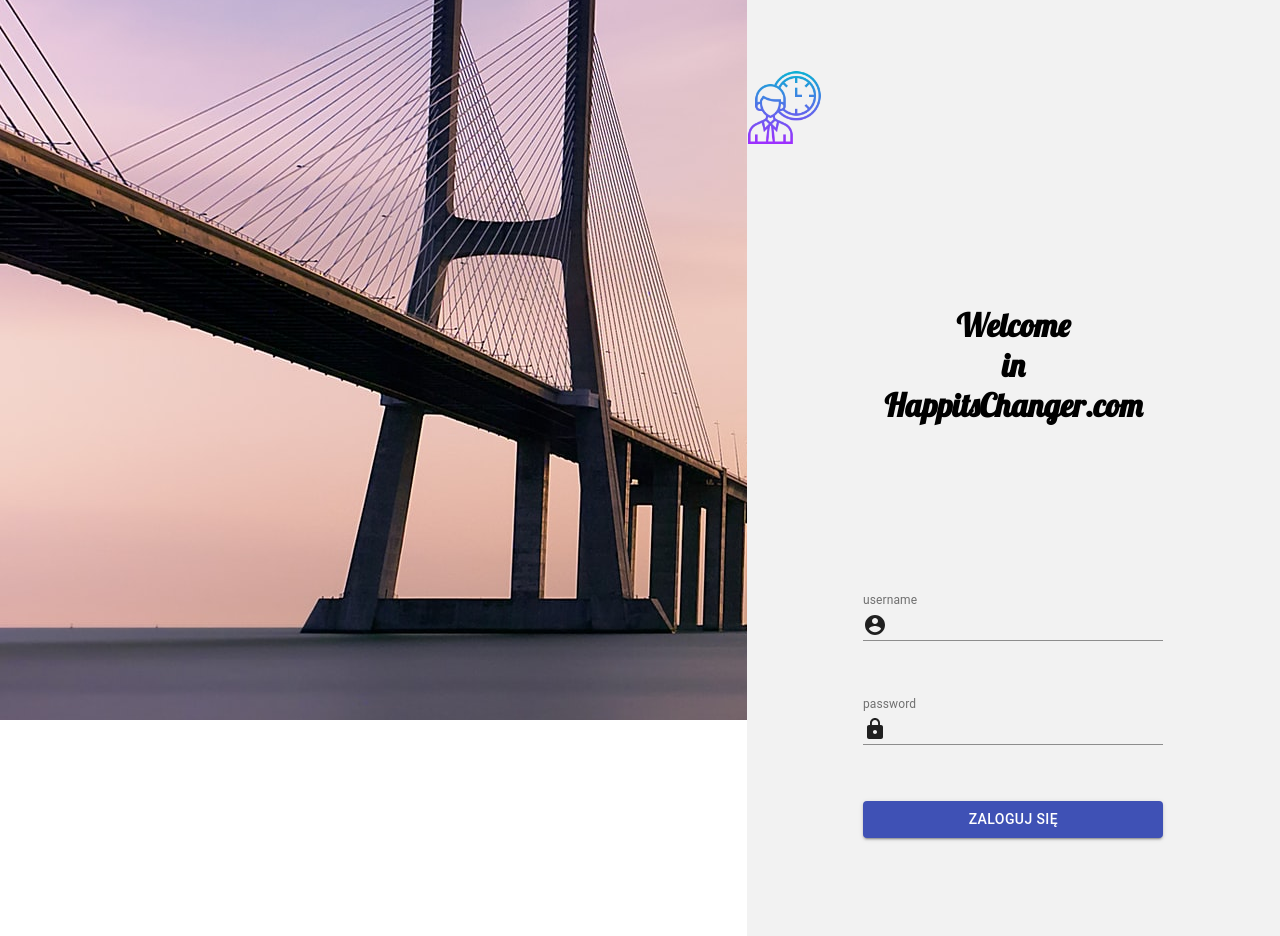
Repository: pgruca96/HappitsChanger
Page: /
These files come from the project's save history. The page is drawn as it stood at one moment and after a run of saves; the edit follows.
The browser window is 1280 px wide. The pictures show the whole page.
The project was rebuilt for these pictures with package versions that can differ from the ones it lists, and the page was loaded fresh each time. Also part of the build but not shown: src/containers/mainPage/index.js.

Above is the page before, as saved 2020-11-01 21:40:03.

### public/index.html
<!DOCTYPE html>
<html lang="en">

<head>
  <meta charset="utf-8" />
  <link rel="icon" href="%PUBLIC_URL%/favicon.ico" />
  <meta name="viewport" content="width=device-width, initial-scale=1" />
  <meta name="theme-color" content="#000000" />
  <meta name="description" content="Web site created using create-react-app" />
  <link href="https://fonts.googleapis.com/css?family=Lobster" rel="stylesheet" type="text/css">
  <link rel="apple-touch-icon" href="%PUBLIC_URL%/logo192.png" />
  <!--
      manifest.json provides metadata used when your web app is installed on a
      user's mobile device or desktop. See https://developers.google.com/web/fundamentals/web-app-manifest/
    -->
  <link rel="manifest" href="%PUBLIC_URL%/manifest.json" />
  <!--
      Notice the use of %PUBLIC_URL% in the tags above.
      It will be replaced with the URL of the `public` folder during the build.
      Only files inside the `public` folder can be referenced from the HTML.

      Unlike "/favicon.ico" or "favicon.ico", "%PUBLIC_URL%/favicon.ico" will
      work correctly both with client-side routing and a non-root public URL.
      Learn how to configure a non-root public URL by running `npm run build`.
    -->
  <title>React App</title>
</head>

<body>
  <noscript>You need to enable JavaScript to run this app.</noscript>
  <div id="root"></div>
  <!--
      This HTML file is a template.
      If you open it directly in the browser, you will see an empty page.

      You can add webfonts, meta tags, or analytics to this file.
      The build step will place the bundled scripts into the <body> tag.

      To begin the development, run `npm start` or `yarn start`.
      To create a production bundle, use `npm run build` or `yarn build`.
    -->
</body>

</html>

### src/App.js
import "./App.css";
import { BrowserRouter as Router, Route } from "react-router-dom";
import LoginPage from "./containers/loginPage";
import MainPage from "./containers/mainPage";

const App = () => {
  return (
    <div className="app">
      <Router>
        <Route path="/" exact component={LoginPage} />
        <Route path="/main" exact component={MainPage} />
      </Router>
    </div>
  );
};

export default App;

### src/App.css
*,
*::before,
*::after {
  margin: 0;
  padding: 0;
  box-sizing: border-box;
}

.app {
  min-width: 100vw;
  min-height: 100vh;
}

### src/containers/loginPage/index.js
import React from "react";
import { LoginPageContainer } from "../../styles/LoginPage";
import LoginForm from "../../components/form/index";
import { loginTheme } from "../../styles/colors";
import { Grid, Box } from "@material-ui/core";
import { Header } from "../../styles/h2";
import Logo from "../../components/logo";
import srcLogo from "../../assets/punctuality2.png";

const LoginPage = () => {
  return (
    <LoginPageContainer>
      <Grid container justify="flex-end">
        <Grid container item md={5}>
          <Grid item xs={12}>
            <Box
              bgcolor={loginTheme}
              height={1}
              display="flex"
              flexDirection="column"
              justifyContent="space-around"
              // alignItems="space-around"
            >
              <Box height={0.1}>
                <Logo src={srcLogo} />
              </Box>
              <Header>
                Welcome
                <br /> in <br />
                HappitsChanger.com
              </Header>
              <LoginForm />
            </Box>
          </Grid>
        </Grid>
      </Grid>
    </LoginPageContainer>
  );
};

export default LoginPage;

### src/styles/LoginPage.js
import styled from "styled-components";
import background from "../assets/login-background.jpg";

export const LoginPageContainer = styled.div`
  display: flex;
  justify-content: flex-end;
  background: url(${background}) left;
  width: 100vw;
  height: 100vh;
`;

### src/components/form/index.js
import React from "react";
import TextField from "@material-ui/core/TextField";
import InputAdornment from "@material-ui/core/InputAdornment";
import AccountCircle from "@material-ui/icons/AccountCircle";
import LockIcon from "@material-ui/icons/Lock";
import Button from "@material-ui/core/Button";
import { useStyles } from "../../styles/Form";

const LoginForm = () => {
  const { form } = useStyles();
  return (
    <form className={form}>
      <TextField
        id="username"
        label="username"
        placement="top"
        InputProps={{
          startAdornment: (
            <InputAdornment position="start">
              <AccountCircle />
            </InputAdornment>
          ),
        }}
      />
      <TextField
        id="password"
        label="password"
        InputProps={{
          startAdornment: (
            <InputAdornment position="start">
              <LockIcon />
            </InputAdornment>
          ),
        }}
      />
      <Button variant="contained" color="primary">
        Zaloguj się
      </Button>
    </form>
  );
};

export default LoginForm;

### src/styles/colors.js
export const loginTheme = "#f2f2f2";
export const primaryTheme = "##1a1a1a";
export const secondaryTheme = "";

### src/styles/h2.js
import styled from "styled-components";

export const Header = styled.h2`
  font-family: Lobster, open-sans;
  font-size: 2rem;
  text-align: center;
`;

### src/components/logo.js
import React from "react";

import styled from "styled-components";

const Logo = ({ src }) => {
  const Img = styled.img`
    height: 80%;
    color: white;
  `;
  return <Img src={src} alt="logo" />;
};

export default Logo;

### src/styles/Form.js
import { makeStyles } from "@material-ui/core/styles";

export const ColumnCenter = {
  display: "flex",
  flexDirection: "column",
  justifyContent: "center",
  alignItems: "center",
};

export const useStyles = makeStyles(() => ({
  form: {
    width: "40%",
    minWidth: "300px",
    // height: "60%",
    minHeight: "300px",
    maxHeight: "500px",
    display: "flex",
    flexDirection: "column",
    justifyContent: "space-around",
    alignItems: "stretch",
    marginLeft: "auto",
    marginRight: "auto",
  },
}));

### src/containers/loginPage/logoContainer.js
import styled from "styled-components";

const LogoContainer = styled.div`
  min-height: 150px;
  max-height: 300px;
`;

Loaded but not shown: src/index.js (common file); src/index.css (common file); src/reportWebVitals.js (common file)

After the next 2 saves:
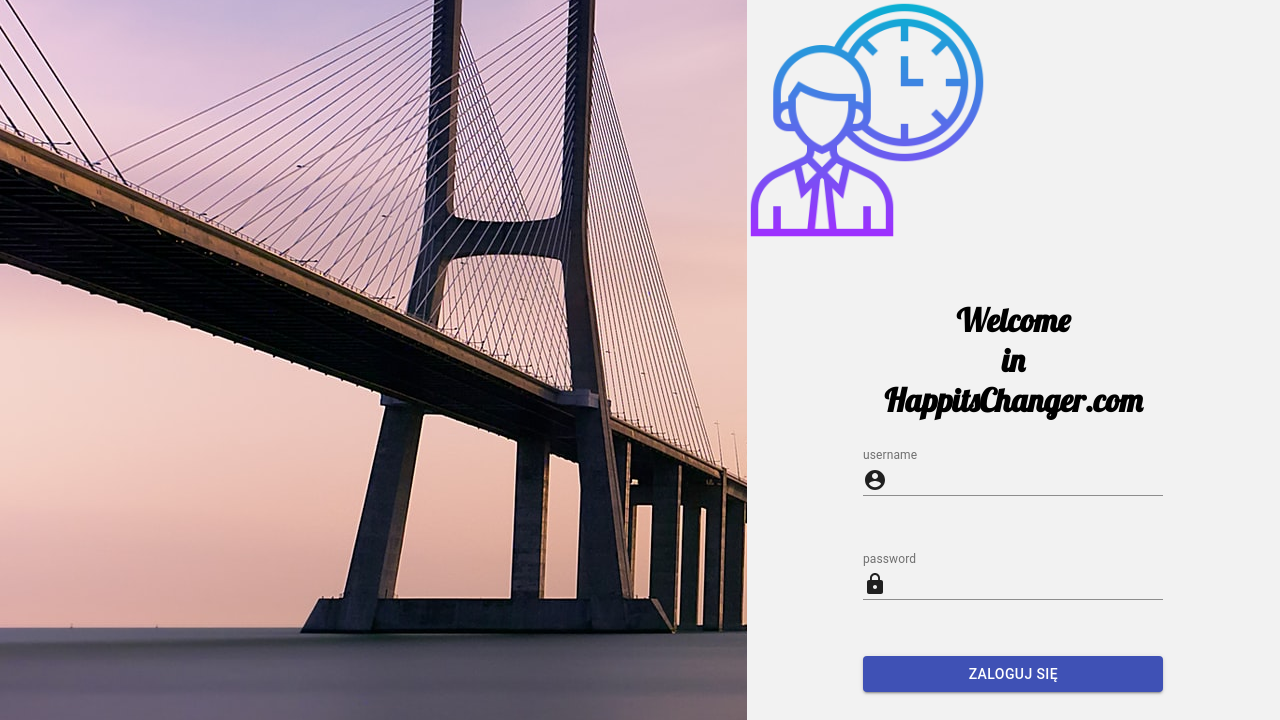
The 2 saves are shown as one change because 1 did not build or start.
The last was saved 64 s later.
--- a/src/containers/loginPage/index.js
+++ b/src/containers/loginPage/index.js
@@ -3,6 +3,7 @@
 import LoginForm from "../../components/form/index";
 import { loginTheme } from "../../styles/colors";
 import { Grid, Box } from "@material-ui/core";
+import { LogoContainer } from "./logoContainer";
 import { Header } from "../../styles/h2";
 import Logo from "../../components/logo";
 import srcLogo from "../../assets/punctuality2.png";
@@ -21,9 +22,9 @@
               justifyContent="space-around"
               // alignItems="space-around"
             >
-              <Box height={0.1}>
+              <LogoContainer>
                 <Logo src={srcLogo} />
-              </Box>
+              </LogoContainer>
               <Header>
                 Welcome
                 <br /> in <br />
--- a/src/containers/loginPage/logoContainer.js
+++ b/src/containers/loginPage/logoContainer.js
@@ -1,6 +1,6 @@
 import styled from "styled-components";
 
-const LogoContainer = styled.div`
+export const LogoContainer = styled.div`
   min-height: 150px;
   max-height: 300px;
 `;
